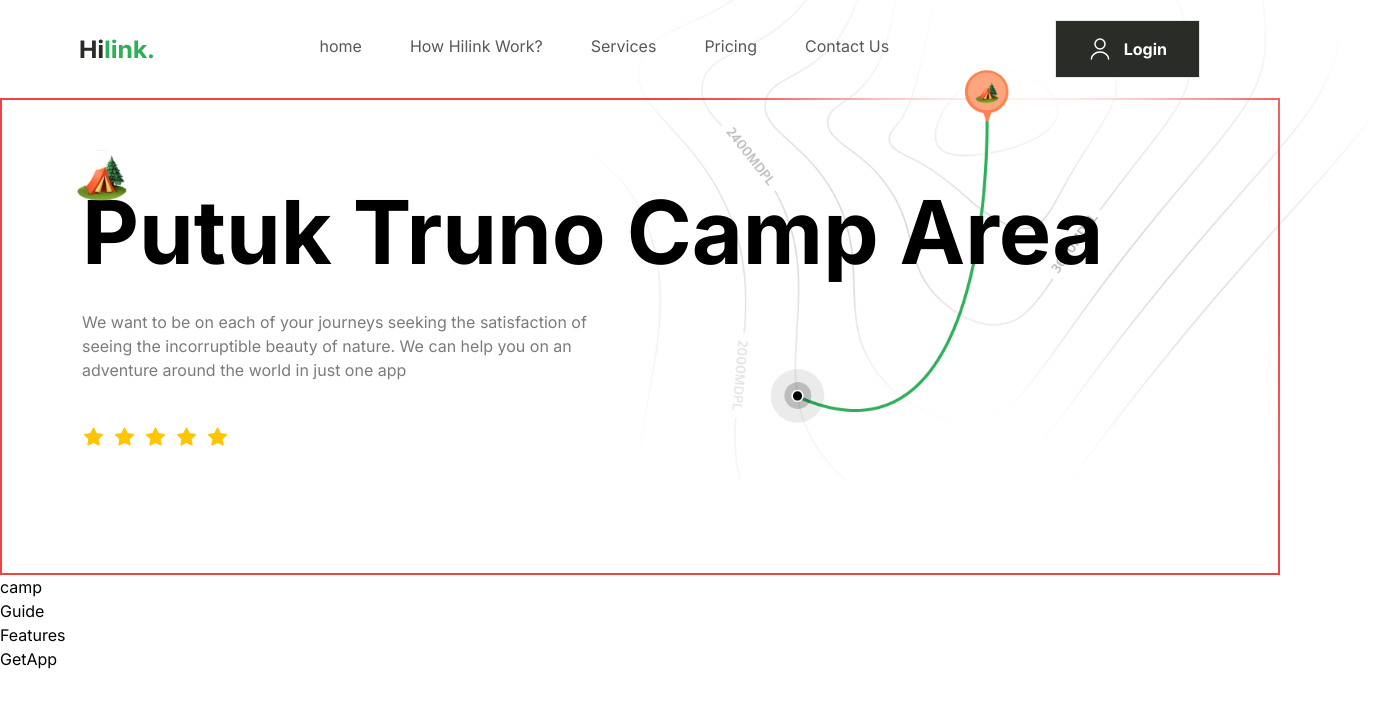
Repository: abdulrahmanmahmood/Travel-App
Page: /
An editor plug-in stored every save of this project. The page is shown before and after a run of saves, followed by the edit.
The browser window is 1280 px wide. The page is 1392 px wide, so the pictures cover 1392 px, including what lies to the right of the window. The pictures show the whole page.
The project was rebuilt for these pictures with package versions that can differ from the ones it lists, and the page was loaded fresh each time. The framework's server and built-in components were replaced by stand-ins that run in the browser. Also part of the build but not shown: next.config.js.

Above is the page before, as saved 2023-11-01 17:20:00.

After the next 2 saves:
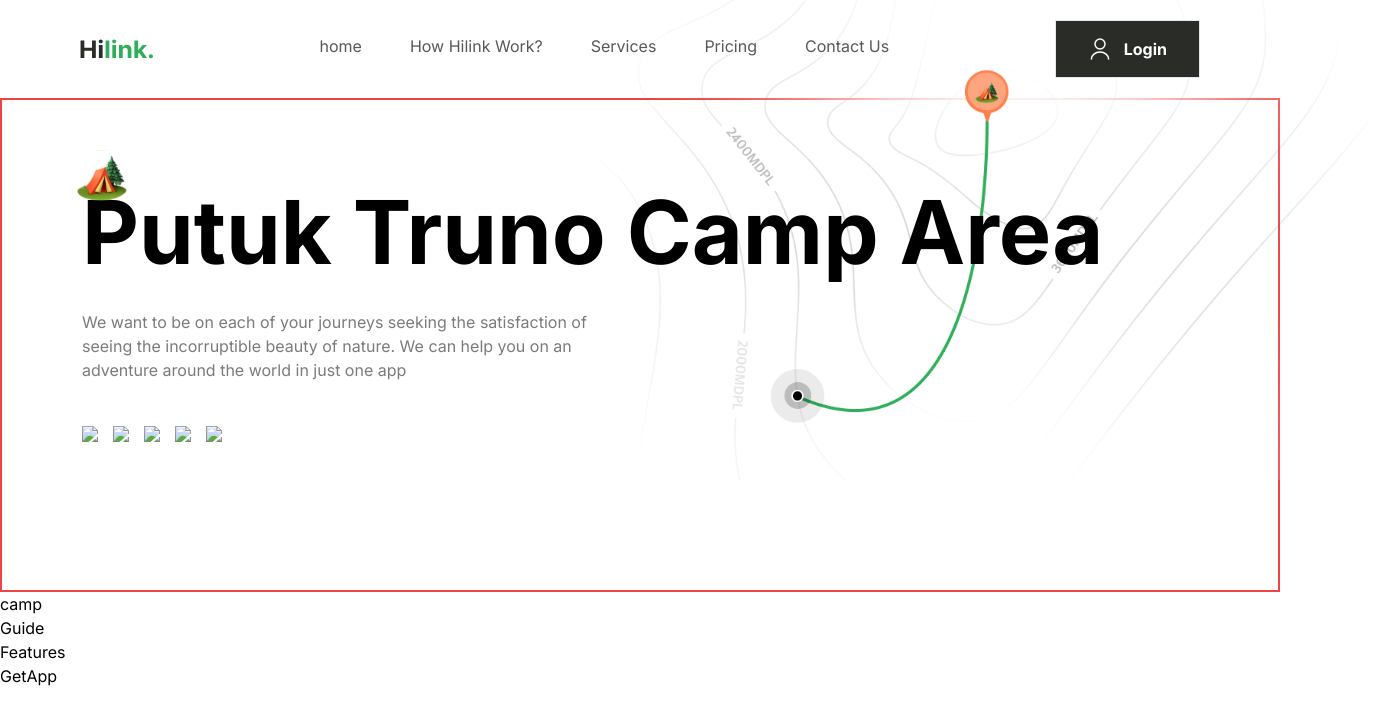
The 2 saves are shown as one change because they came seconds apart.
The last was saved 47 s later.
--- a/components/Hero.tsx
+++ b/components/Hero.tsx
@@ -29,7 +29,7 @@
               .map((_, index) => (
                 <Image
                   key={index}
-                  src="/star.svg"
+                  src=""
                   alt="star"
                   width={23}
                   height={23}

After the save that followed:
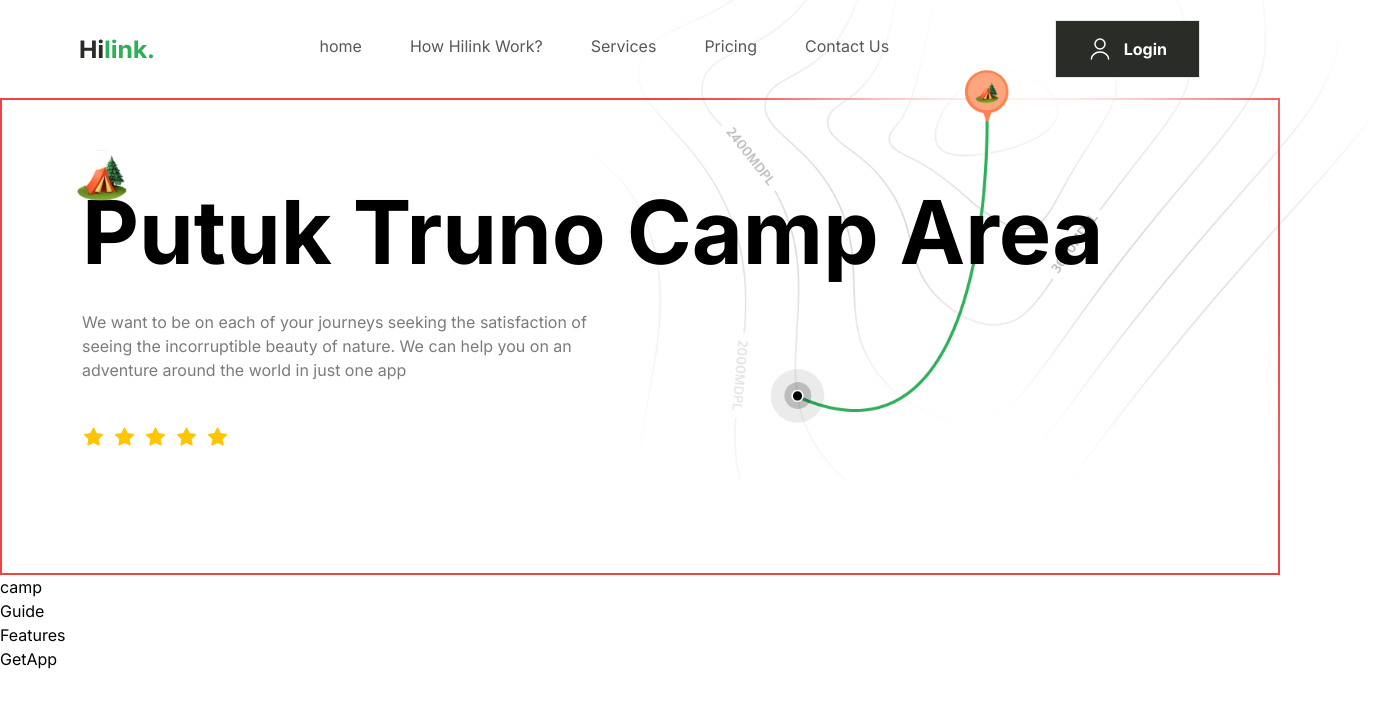
Saved 7 s later.
--- a/components/Hero.tsx
+++ b/components/Hero.tsx
@@ -29,7 +29,7 @@
               .map((_, index) => (
                 <Image
                   key={index}
-                  src=""
+                  src="/star.svg"
                   alt="star"
                   width={23}
                   height={23}
